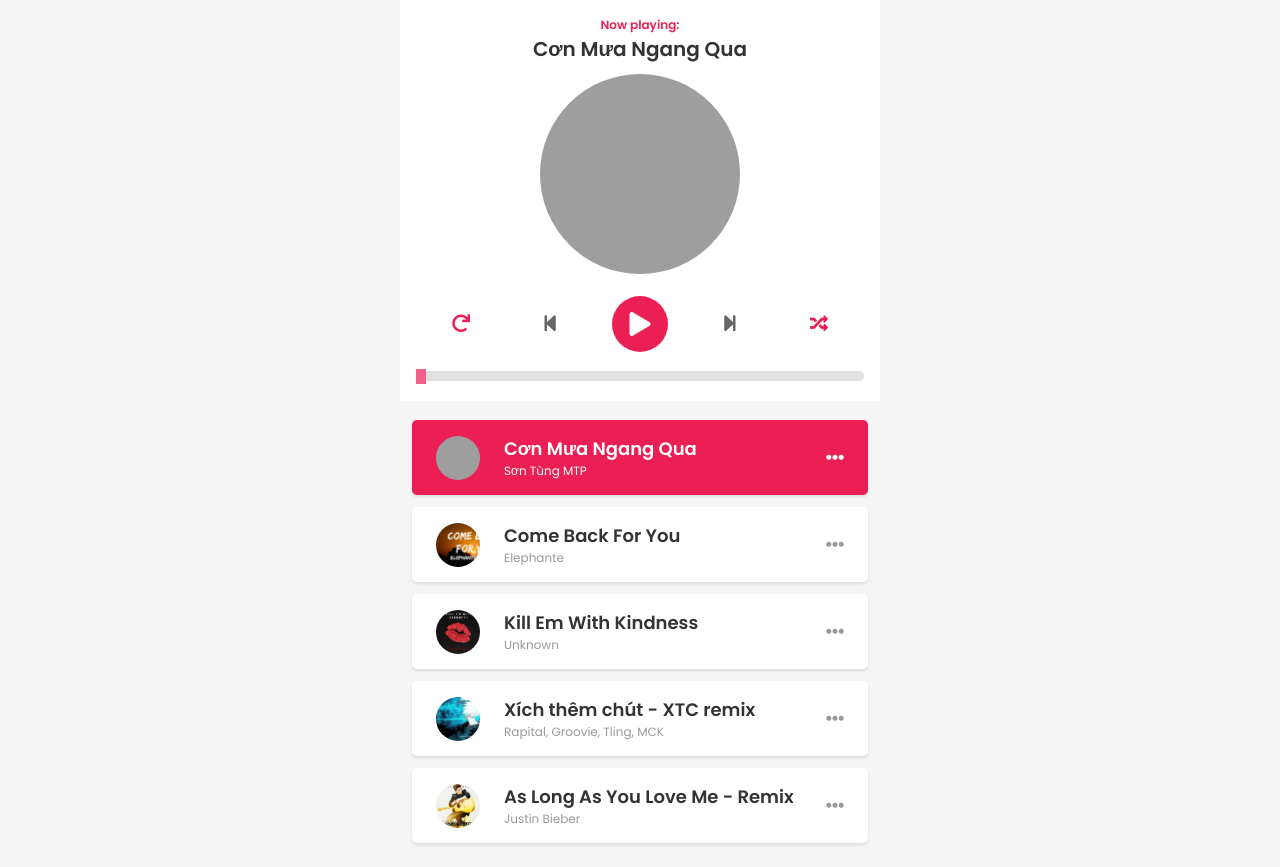
Repository: vandat598/musicPlayer
Page: index.html
These files come from the project's save history. The page is drawn as it stood at one moment and after the next save; the edit follows.
The browser window is 1280 px wide. The pictures show the whole page.
Pictures or frames that could not be fetched are drawn as grey boxes.

Above is the page before, as saved 2022-06-23 17:12:39.

After the next save:
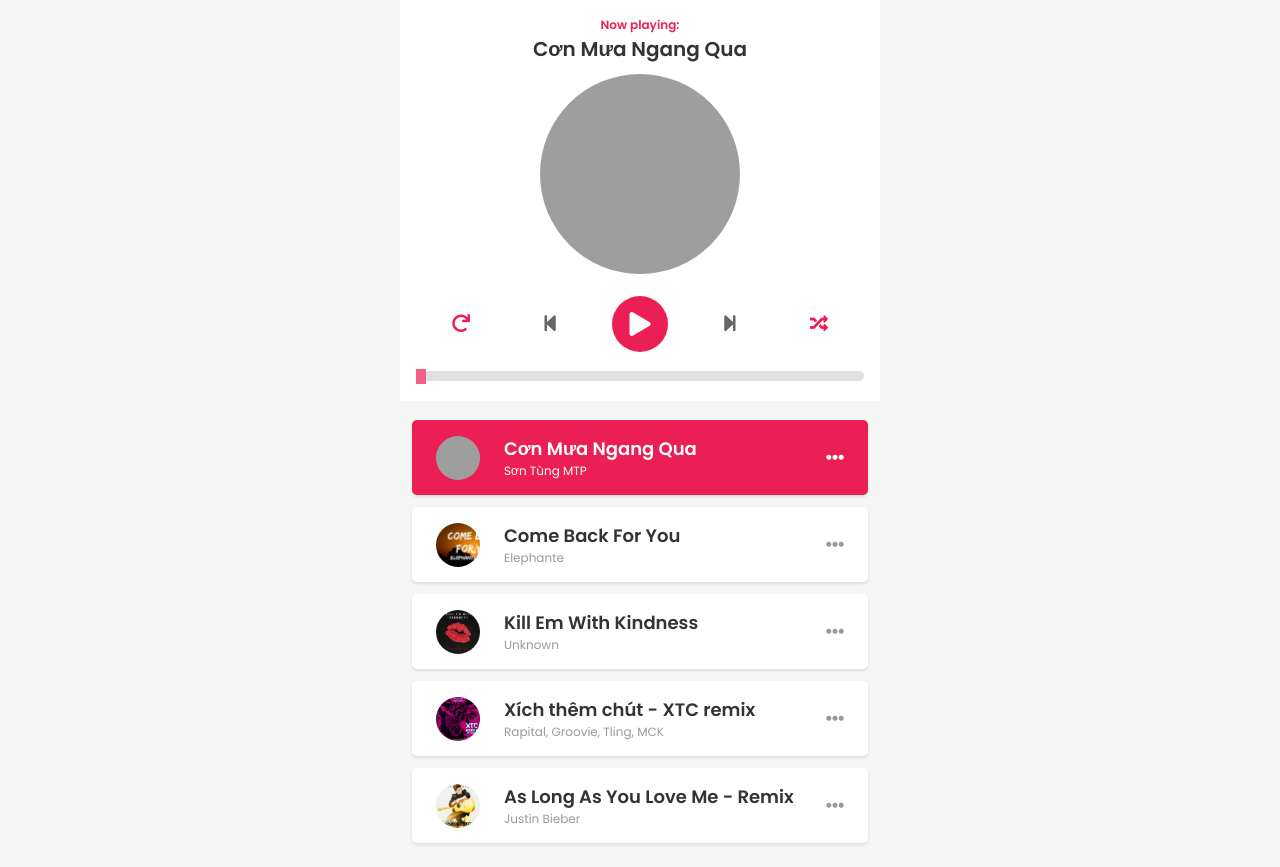
Saved 2 min 53 s later.
--- a/main.js
+++ b/main.js
@@ -58,8 +58,8 @@ const app = {
         {
             name: 'Xích thêm chút - XTC remix',
             singer: 'Rapital, Groovie, Tling, MCK',
-            path: 'https://zingmp3.vn/bai-hat/XTC-Xich-Them-Chut-Remix-Rapital-Groovie-tlinh-MCK/ZUI7WC8D.html',
-            image: './assets/img/Temple.png',
+            path: './assets/music/ Xích Thêm Chút  XTC Remix.mp3',
+            image: './assets/img/XTC.png',
         },
         {
             name: 'As Long As You Love Me - Remix',
